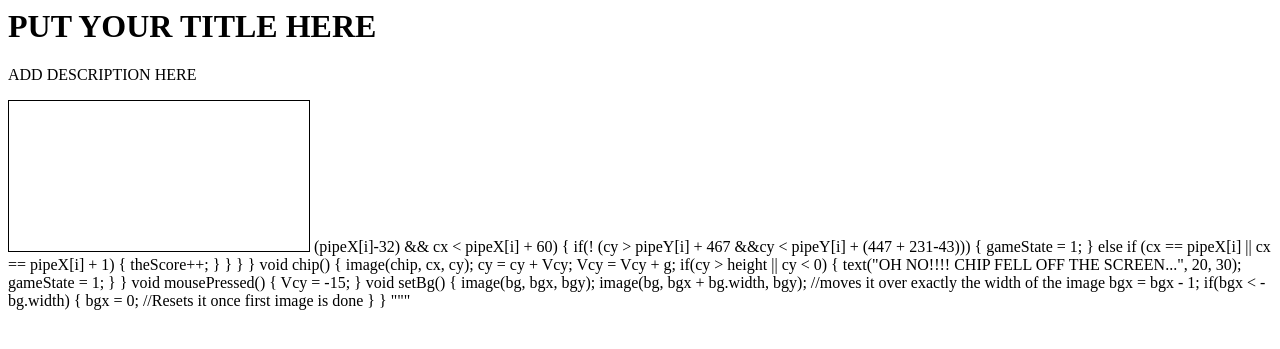
Repository: Grace01-20/Grace01-20.github.io
Page: flappyBird.html
The author's editor kept a record of every edit. The page is drawn from the files as they stood at one moment, then again after the next edit.
The browser window is 1280 px wide. The pictures show the whole page.

Above is the page before.
Console error: TypeError: Cannot read properties of null (reading 'bind')

After the next edit:
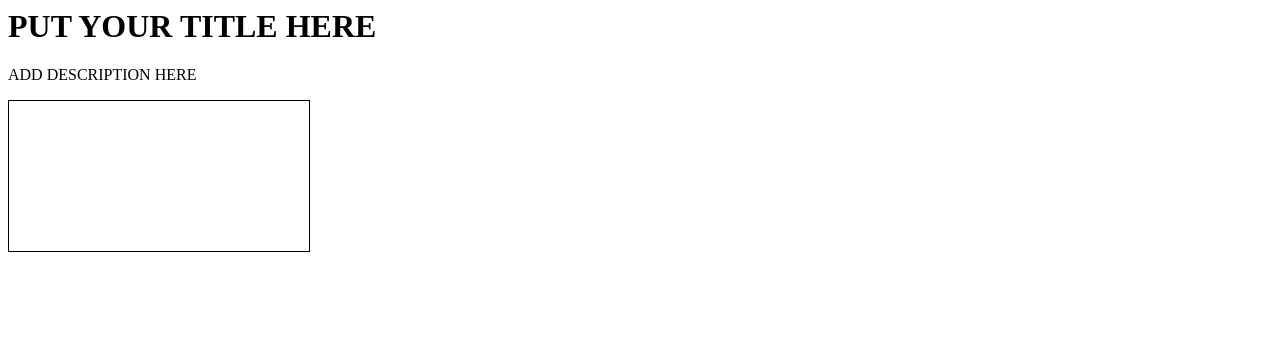
The edit:
--- a/flappyBird.html
+++ b/flappyBird.html
@@ -152,145 +152,3 @@
   </body>
 
 </html>
-
-
-
-
-
-
-
-
-
-<!
-PImage bg, chip, topPipe, botPipe, start; //Background, Player, and Pipes
-
-int bgx, bgy, cx, cy, g, Vcy;
-int[] pipeX, pipeY; //DECLARE two arrays
-int gameState, theScore;
-
-//ONE TIME
-void setup()
-{
-  size(800,600);
-  bg = loadImage("./img/bg2.png");
-  chip = loadImage("./img/chip.png");
-  botPipe = loadImage("./img/bottomPipeCorrect.png");
-  topPipe = loadImage("./img/topPipeCorrect.png");
-  start = loadImage("./img/surberStartScreen.png");
-  cx = 100;
-  cy = 50;
-  g = 1; //Gravity == speed of downward acceleration
-  pipeX = new int[5]; //[0,0,0,0]
-  pipeY = new int[pipeX.length];
-  //POPULATE THE ARRAY WITH VALUES
-  for(int i = 0; i < pipeX.length; i++)
-  {
-    pipeX[i] = width + 200*i;
-    pipeY[i] = (int)random(-350, 0);
-  }
-  gameState = -1;
-}
-
-//MAIN GAME LOOP
-void draw()
-{
-  if(gameState == -1)
-  {
-    startScreen();
-  }
-  else if(gameState==0)
-  {
-    setBg();
-    setPipes();
-    chip(); //PUTS CHIP ON TOP
-    score();
-  }
-  else
-  {
-      text("YOU LOSE", 20, 200);
-  }
-
-}
-
-void score()
-{
-  fill(0);
-  textSize(32);
-  text("Score: " + theScore , width - 170, 40);
-}
-
-void startScreen()
-{
-  image(start, -50, 0);
-  if(mousePressed)
-  {
-    cy = height/2;
-    gameState = 0;
-  }
-}
-
-void setPipes()
-{
-  for(int i = 0; i < pipeX.length; i++)
-  {
-    image(topPipe, pipeX[i], pipeY[i]);
-    image(botPipe, pipeX[i], pipeY[i] + 680);
-    if (theScore < 5)
-    {
-      pipeX[i]-= 4;
-    }
-    else if (theScore < 10)
-    {
-      pipeX[i]-= 6;
-    }
-    else
-    {
-      pipeX[i]-= 8;
-    }
-    if(pipeX[i] < -200)
-    {
-      pipeX[i] = width;
-    }
-    if(cx > (pipeX[i]-32) && cx < pipeX[i] + 60)
-    {
-      if(! (cy > pipeY[i] + 467 &&cy < pipeY[i] + (447 + 231-43)))
-      {
-        gameState = 1;
-      }
-      else if (cx == pipeX[i] || cx == pipeX[i] + 1)
-      {
-        theScore++;
-      }
-    }
-  }
-}
-
-void chip()
-{
-  image(chip, cx, cy);
-  cy = cy + Vcy;
-  Vcy = Vcy + g;
-  if(cy > height || cy < 0)
-  {
-    text("OH NO!!!! CHIP FELL OFF THE SCREEN...", 20, 30);
-    gameState = 1;
-  }
-}
-
-
-void mousePressed()
-{
-  Vcy = -15;
-}
-
-void setBg()
-{
-  image(bg, bgx, bgy);
-  image(bg, bgx + bg.width, bgy); //moves it over exactly the width of the image
-  bgx = bgx - 1;
-  if(bgx < -bg.width)
-  {
-    bgx = 0;  //Resets it once first image is done
-  }
-}
-"""
